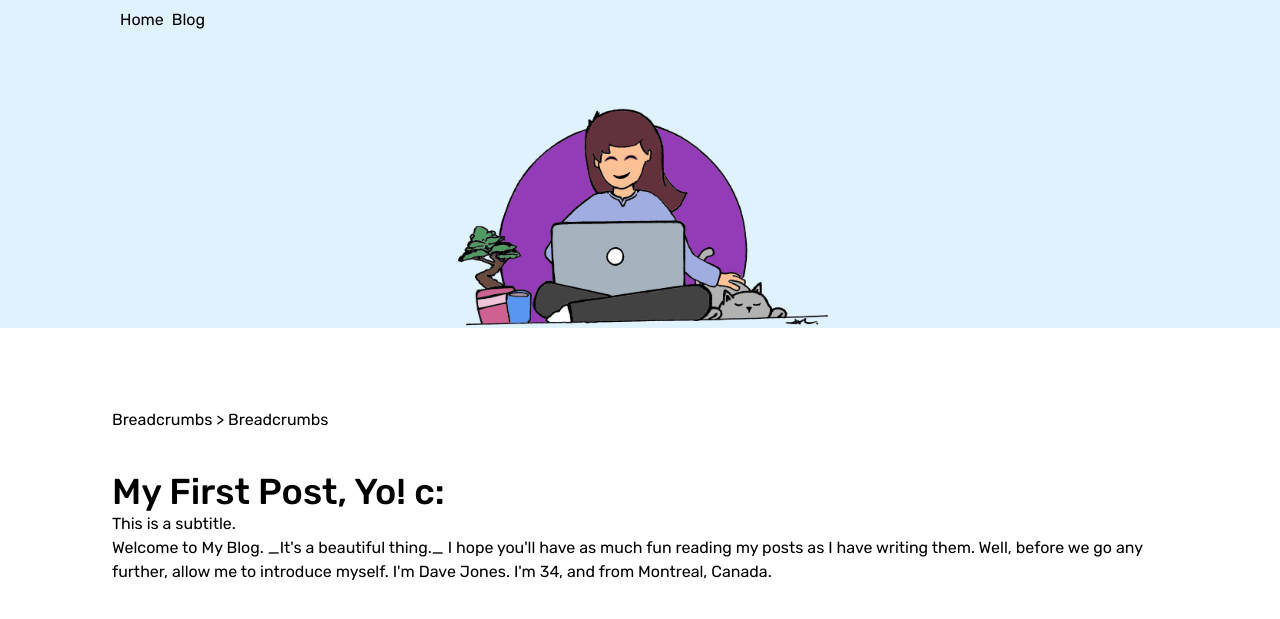
Repository: Risclover/markdown-blog
Page: /posts/1
These files come from the project's save history. The page is drawn as it stood at one moment and after a run of saves; the edit follows.
The browser window is 1280 px wide. The pictures show the whole page.
The project was rebuilt for these pictures with package versions that can differ from the ones it lists, and the page was loaded fresh each time. Also part of the build but not shown: src/components/BlogPost.js, src/pages/Home/Categories.js, src/pages/Home/Home.js, src/ErrorBoundary.js.

Above is the page before, as saved 2023-06-30 00:25:37.

After the next 2 saves:
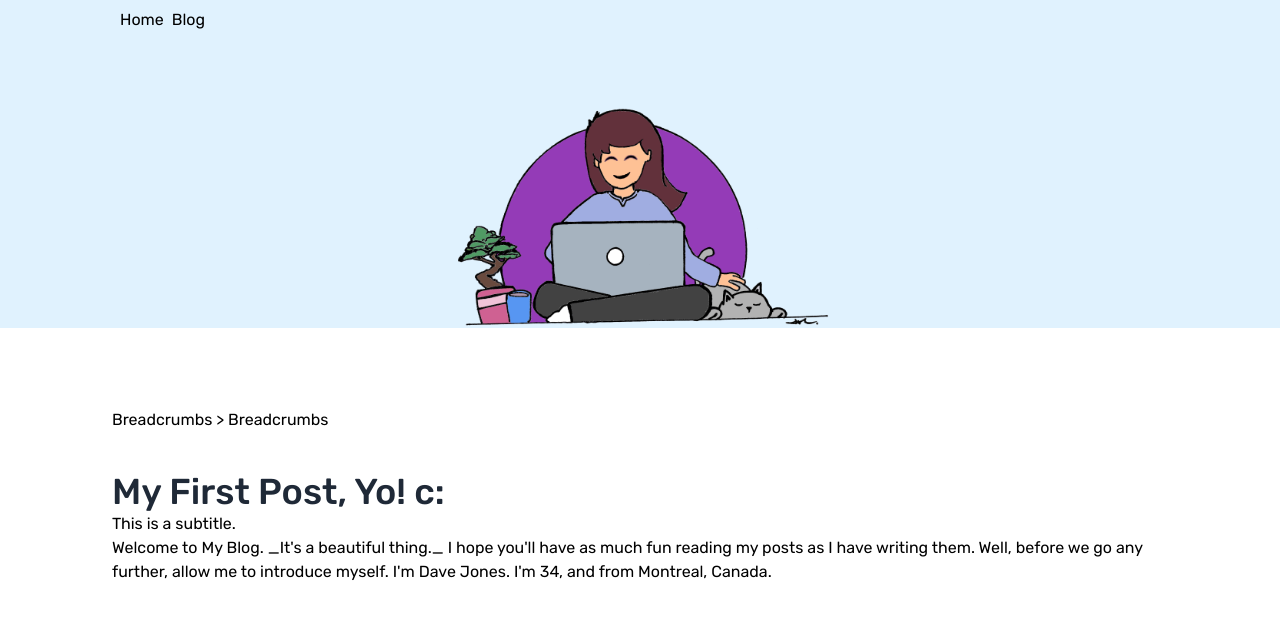
The 2 saves are shown as one change because they came seconds apart.
The last was saved 14 s later.
--- a/src/pages/PostPage/PostPage.js
+++ b/src/pages/PostPage/PostPage.js
@@ -14,7 +14,7 @@ export default function PostPage({ postList }) {
   return (
     <div className="mx-auto max-w-6xl w-full px-12">
       <div className="mt-20 mb-10">Breadcrumbs &gt; Breadcrumbs</div>
-      <div className="text-4xl font-medium">{post?.title} c:</div>
+      <div className="text-4xl font-medium text-gray-800">{post?.title} c:</div>
       <div>{post?.subtitle}</div>
       <div>{post?.content}</div>
     </div>
